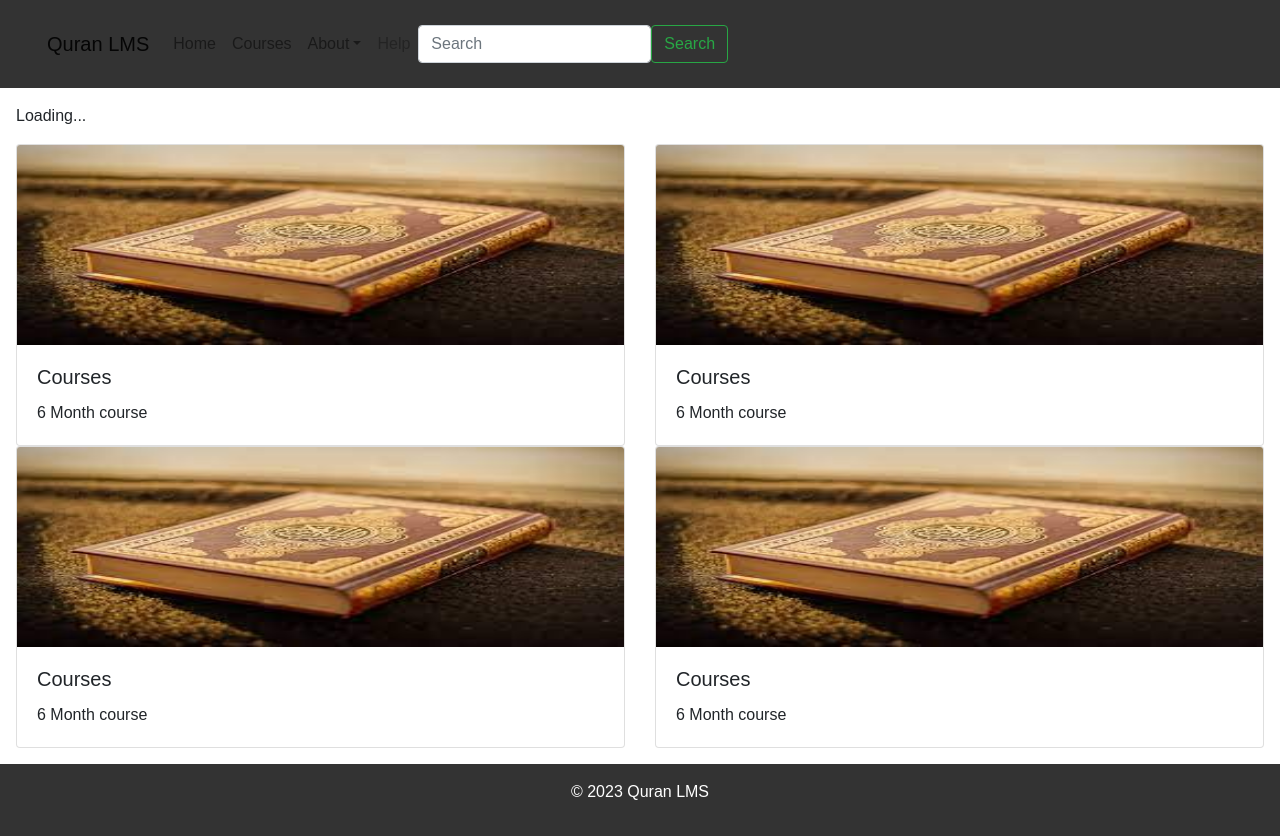
Repository: talha-mahmood/Quran-Lms-react
Page: /
These files come from the project's save history. The page is drawn as it stood at one moment and after a run of saves; the edit follows.
The browser window is 1280 px wide. The pictures show the whole page.
The page's requests for data from a server got no answer. The project was rebuilt for these pictures with package versions that can differ from the ones it lists, and the page was loaded fresh each time. No one was signed in, and anything a server would have sent is missing.

Above is the page before, as saved 2023-03-08 01:53:53.

### public/index.html
<!DOCTYPE html>
<html lang="en">
  <head>
    <meta charset="utf-8" />
    <link rel="icon" href="%PUBLIC_URL%/favicon.ico" />
    <meta name="viewport" content="width=device-width, initial-scale=1" />
    <meta name="theme-color" content="#000000" />
    <meta
      name="description"
      content="Web site created using create-react-app"
    />

    <link rel="apple-touch-icon" href="%PUBLIC_URL%/logo192.png" />
    <link rel="stylesheet" href="https://cdn.jsdelivr.net/npm/bootstrap@4.4.1/dist/css/bootstrap.min.css" integrity="sha384-Vkoo8x4CGsO3+Hhxv8T/Q5PaXtkKtu6ug5TOeNV6gBiFeWPGFN9MuhOf23Q9Ifjh" crossorigin="anonymous">
    <script src="https://code.jquery.com/jquery-3.4.1.slim.min.js" integrity="sha384-J6qa4849blE2+poT4WnyKhv5vZF5SrPo0iEjwBvKU7imGFAV0wwj1yYfoRSJoZ+n" crossorigin="anonymous"></script>
   <script src="https://cdn.jsdelivr.net/npm/popper.js@1.16.0/dist/umd/popper.min.js" integrity="sha384-Q6E9RHvbIyZFJoft+2mJbHaEWldlvI9IOYy5n3zV9zzTtmI3UksdQRVvoxMfooAo" crossorigin="anonymous"></script>
   <script src="https://cdn.jsdelivr.net/npm/bootstrap@4.4.1/dist/js/bootstrap.min.js" integrity="sha384-wfSDF2E50Y2D1uUdj0O3uMBJnjuUD4Ih7YwaYd1iqfktj0Uod8GCExl3Og8ifwB6" crossorigin="anonymous"></script>
    <!--
      manifest.json provides metadata used when your web app is installed on a
      user's mobile device or desktop. See https://developers.google.com/web/fundamentals/web-app-manifest/
    -->
    <link rel="manifest" href="%PUBLIC_URL%/manifest.json" />
    <!--
      Notice the use of %PUBLIC_URL% in the tags above.
      It will be replaced with the URL of the `public` folder during the build.
      Only files inside the `public` folder can be referenced from the HTML.

      Unlike "/favicon.ico" or "favicon.ico", "%PUBLIC_URL%/favicon.ico" will
      work correctly both with client-side routing and a non-root public URL.
      Learn how to configure a non-root public URL by running `npm run build`.
    -->
    <title>React App</title>
  </head>
  <body>
    <noscript>You need to enable JavaScript to run this app.</noscript>
    <div id="root"></div>

    <!--
      This HTML file is a template.
      If you open it directly in the browser, you will see an empty page.

      You can add webfonts, meta tags, or analytics to this file.
      The build step will place the bundled scripts into the <body> tag.

      To begin the development, run `npm start` or `yarn start`.
      To create a production bundle, use `npm run build` or `yarn build`.
    -->
  </body>
</html>

### src/App.js
import './App.css';
import React,{Component} from 'react';
import Button from 'react-bootstrap/Button';
import Container from 'react-bootstrap/Container';
import Form from 'react-bootstrap/Form';
import Nav from 'react-bootstrap/Nav';
import Navbar from 'react-bootstrap/Navbar';
import NavDropdown from 'react-bootstrap/NavDropdown';
import Card from 'react-bootstrap/Card';
import Col from 'react-bootstrap/Col';
import Row from 'react-bootstrap/Row';
import myimg from './download.jpeg'
class QuranLMS extends Component {
  state = {
    verses: [],
    isLoading: true
  };

  async componentDidMount() {
    const response = await fetch("https://api.quran.com/api/v4/quran/verses/uthmani?chapter_number=1");
    const data = await response.json();
    this.setState({
      verses: data.verses,
      isLoading: false
    });
  }

  render() {
    const { verses, isLoading } = this.state;
    return (
      <div>


          <div>
          <header>
          <Navbar bg="" expand="lg" >
      <Container fluid>
        <Navbar.Brand href="#" >Quran LMS</Navbar.Brand>
        <Navbar.Toggle aria-controls="navbarScroll" />
        <Navbar.Collapse id="navbarScroll">
          <Nav
            className="me-auto my-2 my-lg-0"
            style={{ maxHeight: '100px' }}
            navbarScroll
          >
            <Nav.Link href="#action1">Home</Nav.Link>
            <Nav.Link href="#action2">Courses</Nav.Link>
            <NavDropdown title="About" id="navbarScrollingDropdown">
              <NavDropdown.Item href="#action3">Register</NavDropdown.Item>
              <NavDropdown.Item href="#action4">
                Another action
              </NavDropdown.Item>
              <NavDropdown.Divider />
              <NavDropdown.Item href="#action5">
                Something else here
              </NavDropdown.Item>
            </NavDropdown>
            <Nav.Link href="#" disabled>
              Help
            </Nav.Link>
          </Nav>
          <Form className="d-flex">
            <Form.Control
              type="search"
              placeholder="Search"
              className="me-2"
              aria-label="Search"
            />
            <Button variant="outline-success">Search</Button>
          </Form>
        </Navbar.Collapse>
      </Container>
    </Navbar>
    </header>
          </div>



        <main>
          {isLoading ? (
            <p>Loading...</p>
          ) : (
            verses.map((verse) => (
              <p key={verse.id}>{verse.text_uthmani}</p>
            ))
          )}
          <div>
          <Row xs={1} md={2} className="g-4">
      {Array.from({ length: 4 }).map((_, idx) => (
        <Col>
          <Card>
            <Card.Img variant="top" src={myimg} />

            <Card.Body>
              <Card.Title>Courses</Card.Title>
              <Card.Text>
                6 Month course
              </Card.Text>
            </Card.Body>
          </Card>
        </Col>
      ))}
    </Row>
          </div>

        </main>
        <footer>
          <p>&copy; 2023 Quran LMS</p>
        </footer>
      </div>
    );
  }
}

export default QuranLMS;

### src/App.css
body {
  font-family: Arial, sans-serif;
  margin: 0;
}

header {
  background-color: #333;
  color: #fff;
  padding: 1em;
}

header h1 {
  margin: 0;
}

main {
  padding: 1em;
}

footer {
  background-color: #333;
  color: #fff;
  padding: 1em;
  text-align: center;
}
img{
  height:200px;
  width:200px;
}

Loaded but not shown: src/index.js (common file); src/index.css (common file); src/reportWebVitals.js (common file)

After the next 2 saves:
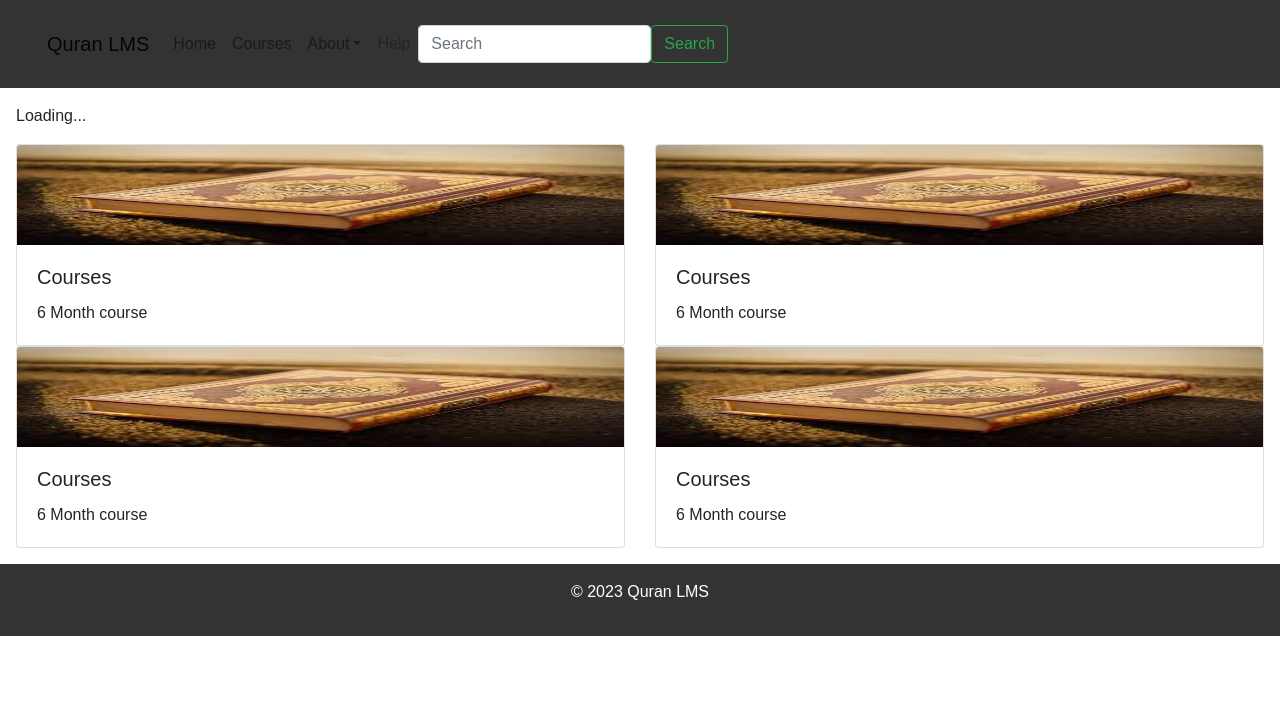
The 2 saves are shown as one change because they came seconds apart.
The last was saved 2 min 13 s later.
--- a/src/App.css
+++ b/src/App.css
@@ -24,6 +24,6 @@
   text-align: center;
 }
 img{
-  height:200px;
-  width:200px;
+  height:100px;
+  width:100px;
 }

After the save that followed:
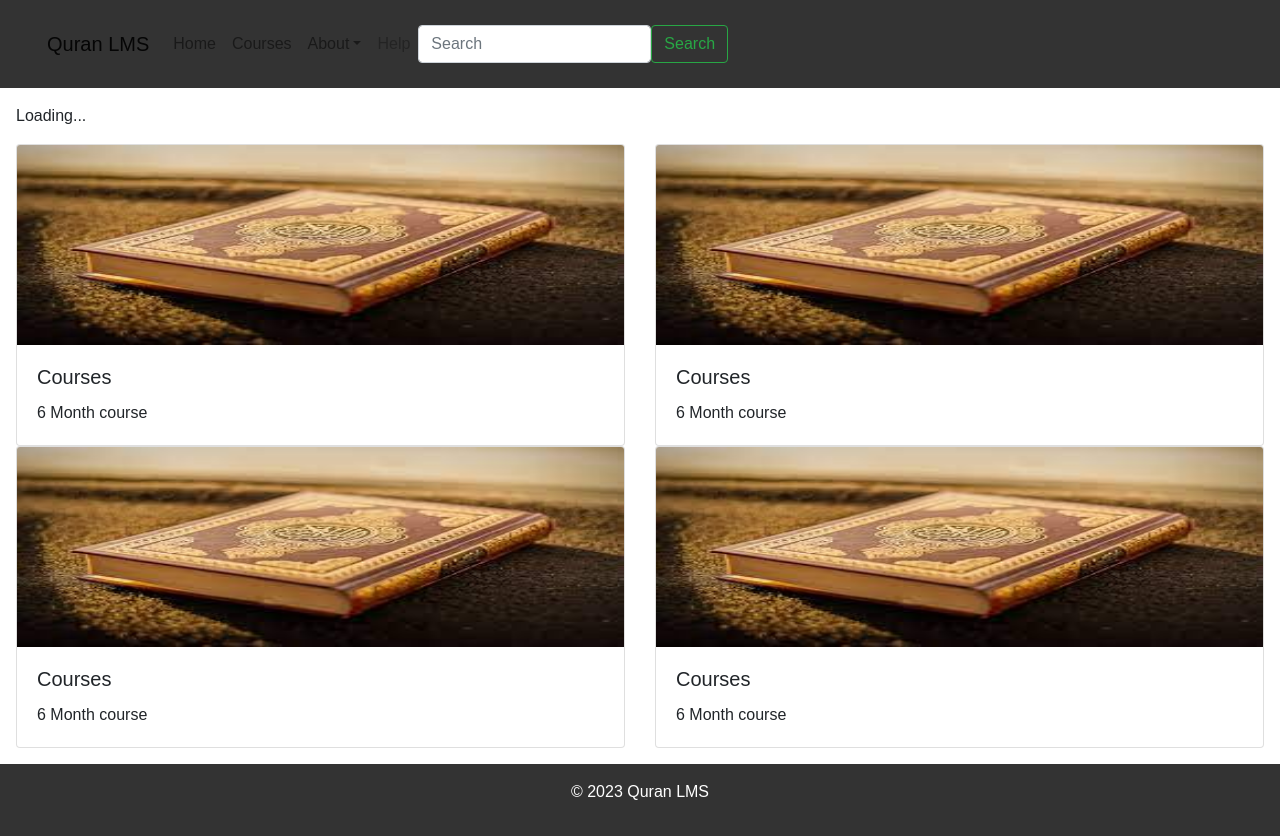
Saved 7 s later.
--- a/src/App.css
+++ b/src/App.css
@@ -24,6 +24,6 @@
   text-align: center;
 }
 img{
-  height:100px;
+  height:200px;
   width:100px;
 }
